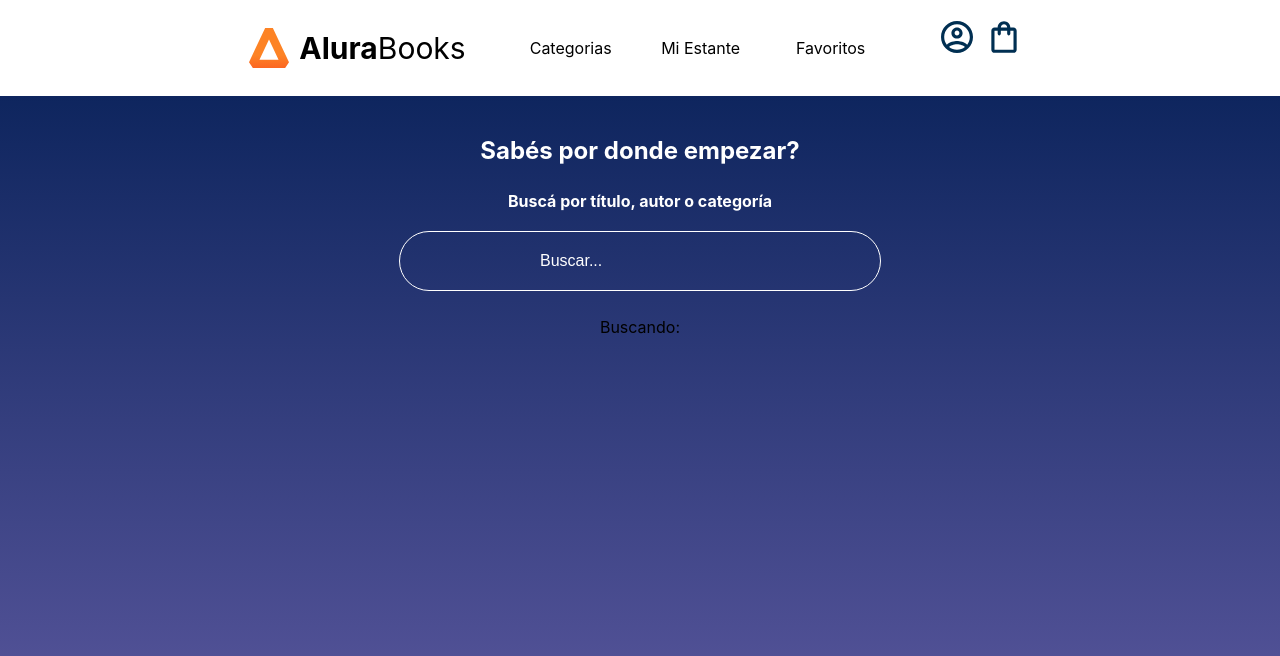
Repository: SandroG1977/Alura.Books
Page: /
The author's editor kept a copy of each file at every save. The page is drawn from the files as they stood at one save, then again after the next save.
The browser window is 1280 px wide. The pictures show the whole page.
The project was rebuilt for these pictures with package versions that can differ from the ones it lists, and the page was loaded fresh each time.

Above is the page before, as saved 2026-04-09 15:11:17.

After the next save:
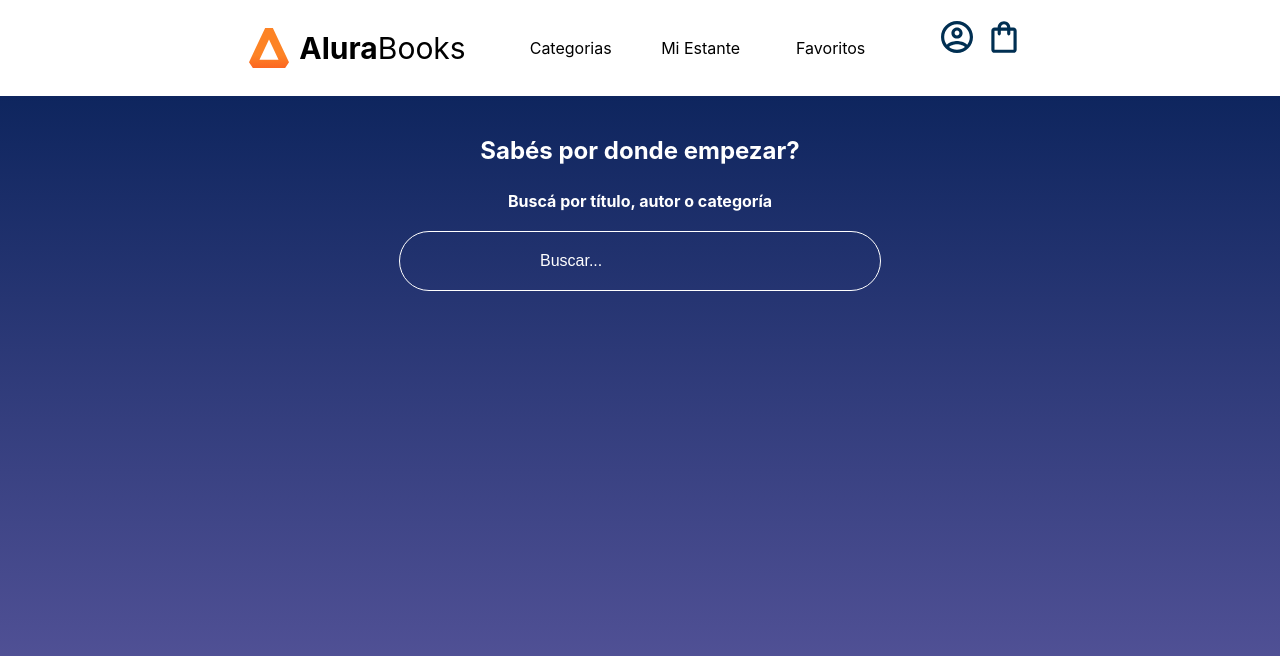
Saved 22 min 17 s later.
--- a/src/components/Search/index.js
+++ b/src/components/Search/index.js
@@ -49,7 +49,13 @@
                 }
                 }
             />
-            <p> Buscando: {librosEncontrados.map(livro => livro.nome).join(', ')}</p>
+            {librosEncontrados.map(livro => {
+                <div key={livro.id}>
+                    <img src={livro.src} alt={livro.nome} />
+                    <p>{livro.nome}</p>
+                </div>
+            }
+            )}
         </SearchContainer>
     );
 }
